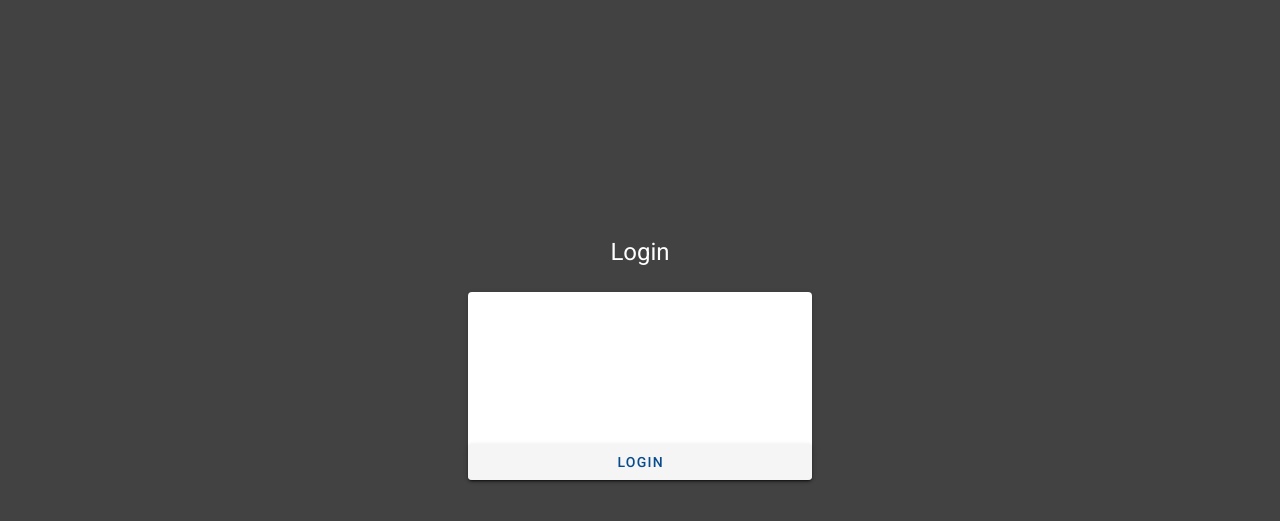
Repository: Grace229/Login
Page: /
These files come from the project's save history. The page is drawn as it stood at one moment and after the next save; the edit follows.
The browser window is 1280 px wide. The pictures show the whole page.
The project was rebuilt for these pictures with package versions that can differ from the ones it lists, and the page was loaded fresh each time. Also part of the build but not shown: vue.config.js. Imported but missing from the stored project, and not drawn on this page: src/views/About.vue.

Above is the page before, as saved 2021-02-15 16:38:58.

### src/App.vue
<template>
  <v-app>
    <v-main><router-view></router-view> </v-main>
  </v-app>
</template>

<script>
export default {
  name: "App",

  components: {},

  data: () => ({
    //
  }),
};
</script>

### src/plugins/vuetify.js
import Vue from "vue";
import Vuetify from "vuetify/lib/framework";

Vue.use(Vuetify);

export default new Vuetify({
  theme: {
    options: {
      customProperties: true,
    },
    themes: {
      light: {
        primary: "#084b8c",
        secondary: "#424242",
        accent: "#82B1FF",
        error: "#FF5252",
        info: "#2196F3",
        success: "#4CAF50",
        warning: "#FFC107",
      },
    },
  },
});

### src/views/Home.vue
<template>
  <main
    style="min-height:100vh"
    class="secondary fill-height white--text d-flex flex-column justify-center pa-4"
  >
    <div>
      <header>
        <div class="headline text-center py-2">
          Login
        </div>
      </header>

      <v-container>
        <v-card class="mx-auto" max-width="344">
          <form v-on:submit.prevent="login()">
            <div>
              <v-text-field
                dark
                label="E-mail Address"
                v-model="email"
                :rules="[rules.required, rules.email]"
              />
            </div>
            <div>
              <v-text-field
                dark
                v-model="password"
                :rules="[rules.required]"
                label="Password"
                :type="showPassword ? 'text' : 'password'"
              >
                <v-btn
                  text
                  small
                  slot="append"
                  @click="showPassword = !showPassword"
                  class="transparent text-capitalize"
                  :append-icon="showPassword ? 'mdi-eye' : 'mdi-eye-off'"
                ></v-btn>
              </v-text-field>
              <div class="pt-4">
                <v-btn block class="primary--text" type="submit">Login</v-btn>
              </div>
            </div>
          </form>
        </v-card>
      </v-container>
    </div>
  </main>
</template>

<script>
import axios from "axios";
import router from "../router";
export default {
  data() {
    return {
      email: "",
      password: "",
      FORM: {},
      showPassword: false,
      rules: {
        required: (value) => !!value || "Required.",
        counter: (value) => value.length <= 20 || "Max 20 characters",
        email: (value) => {
          const pattern = /^(([^<>()[\]\\.,;:\s@"]+(\.[^<>()[\]\\.,;:\s@"]+)*)|(".+"))@((\[[0-9]{1,3}\.[0-9]{1,3}\.[0-9]{1,3}\.[0-9]{1,3}])|(([a-zA-Z\-0-9]+\.)+[a-zA-Z]{2,}))$/;
          return pattern.test(value) || "Invalid e-mail.";
        },
      },
    };
  },
  methods: {
    login() {
      axios
        .post("https://login-api-grace.herokuapp.com/api/v1/auth/login", {
          email: this.email,
          password: this.password,
        })
        .then(() => {
          router.push({ name: "Profile" });
        })
        .catch((err) => {
          console.log(err);
        });
    },
  },
};
</script>

Loaded but not shown: public/index.html (common file); src/main.js (common file); src/router/index.js (common file); src/store/index.js (common file)

After the next save:
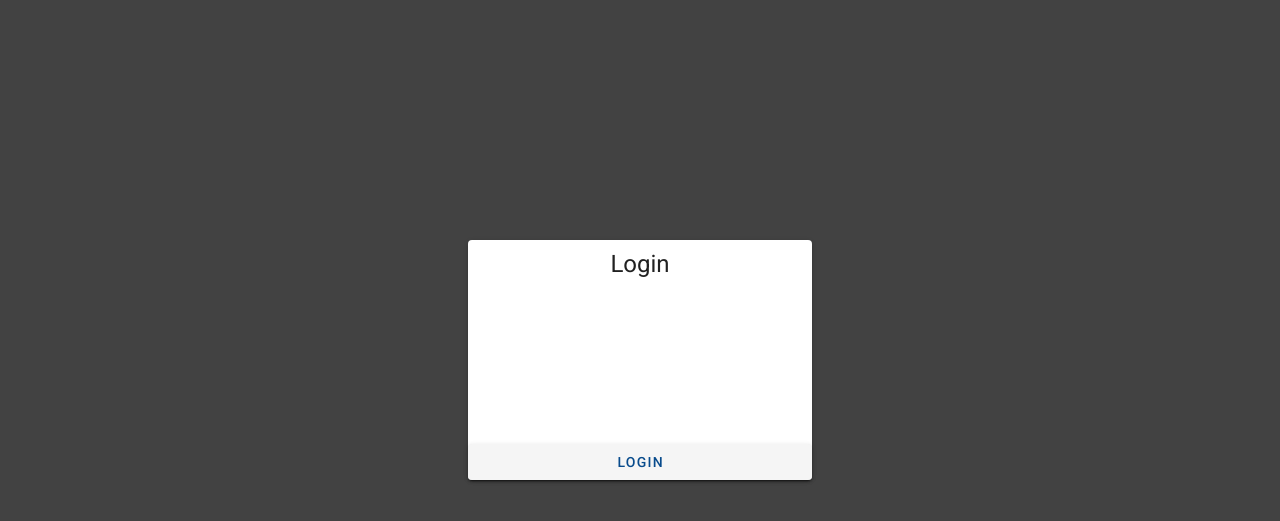
Saved 63 s later.
--- a/src/views/Home.vue
+++ b/src/views/Home.vue
@@ -3,49 +3,46 @@
     style="min-height:100vh"
     class="secondary fill-height white--text d-flex flex-column justify-center pa-4"
   >
-    <div>
-      <header>
-        <div class="headline text-center py-2">
-          Login
-        </div>
-      </header>
-
-      <v-container>
-        <v-card class="mx-auto" max-width="344">
-          <form v-on:submit.prevent="login()">
-            <div>
-              <v-text-field
-                dark
-                label="E-mail Address"
-                v-model="email"
-                :rules="[rules.required, rules.email]"
-              />
+    <v-container>
+      <v-card class="mx-auto" max-width="344">
+        <header>
+          <div class="headline text-center py-2">
+            Login
+          </div>
+        </header>
+        <form v-on:submit.prevent="login()">
+          <div>
+            <v-text-field
+              dark
+              label="E-mail Address"
+              v-model="email"
+              :rules="[rules.required, rules.email]"
+            />
+          </div>
+          <div>
+            <v-text-field
+              dark
+              v-model="password"
+              :rules="[rules.required]"
+              label="Password"
+              :type="showPassword ? 'text' : 'password'"
+            >
+              <v-btn
+                text
+                small
+                slot="append"
+                @click="showPassword = !showPassword"
+                class="transparent text-capitalize"
+                :append-icon="showPassword ? 'mdi-eye' : 'mdi-eye-off'"
+              ></v-btn>
+            </v-text-field>
+            <div class="pt-4">
+              <v-btn block class="primary--text" type="submit">Login</v-btn>
             </div>
-            <div>
-              <v-text-field
-                dark
-                v-model="password"
-                :rules="[rules.required]"
-                label="Password"
-                :type="showPassword ? 'text' : 'password'"
-              >
-                <v-btn
-                  text
-                  small
-                  slot="append"
-                  @click="showPassword = !showPassword"
-                  class="transparent text-capitalize"
-                  :append-icon="showPassword ? 'mdi-eye' : 'mdi-eye-off'"
-                ></v-btn>
-              </v-text-field>
-              <div class="pt-4">
-                <v-btn block class="primary--text" type="submit">Login</v-btn>
-              </div>
-            </div>
-          </form>
-        </v-card>
-      </v-container>
-    </div>
+          </div>
+        </form>
+      </v-card>
+    </v-container>
   </main>
 </template>
 
